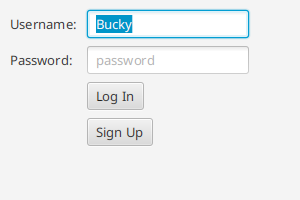
Repository: atafs/BackEnd_JavaSWING
Program's window: java Module_GUI_2JavaFX/src/americo/main/main14/Main16.java
An editor plug-in stored every save of this project. The program's window is shown before and after the next save, followed by the edit.
It runs on Java 21 on a 1366 x 768 screen with JavaFX 11; the title bar is not drawn.

Above is the program's window before, as saved 2015-06-27 02:25:35.
Not found: Module_GUI_2JavaFX/src/americo/main/main14/myStyle.css

### Module_GUI_2JavaFX/src/americo/main/main14/Main16.java
package americo.main.main16;

import javafx.application.Application;
import javafx.geometry.Insets;
import javafx.scene.Scene;
import javafx.scene.control.Button;
import javafx.scene.control.Label;
import javafx.scene.control.TextField;
import javafx.scene.layout.GridPane;
import javafx.stage.Stage;

public class Main16 extends Application {

    Stage window;

    public static void main(String[] args) {
        launch(args);
    }

    @Override
    public void start(Stage primaryStage) throws Exception {
        window = primaryStage;
        window.setTitle("thenewboston - JavaFX");

        //GridPane with 10px padding around edge
        GridPane grid = new GridPane();
        grid.setPadding(new Insets(10, 10, 10, 10));
        grid.setVgap(8);
        grid.setHgap(10);

        //Name Label - constrains use (child, column, row)
        Label nameLabel = new Label("Username:");
        nameLabel.setId("bold-label");
        GridPane.setConstraints(nameLabel, 0, 0);

        //Name Input
        TextField nameInput = new TextField("Bucky");
        GridPane.setConstraints(nameInput, 1, 0);

        //Password Label
        Label passLabel = new Label("Password:");
        GridPane.setConstraints(passLabel, 0, 1);

        //Password Input
        TextField passInput = new TextField();
        passInput.setPromptText("password");
        GridPane.setConstraints(passInput, 1, 1);

        //Login
        Button loginButton = new Button("Log In");
        GridPane.setConstraints(loginButton, 1, 2);

        //Sign up
        Button signUpButton = new Button("Sign Up");
        signUpButton.getStyleClass().add("button-blue");
        GridPane.setConstraints(signUpButton, 1, 3);

        //Add everything to grid
        grid.getChildren().addAll(nameLabel, nameInput, passLabel, passInput, loginButton, signUpButton);

        Scene scene = new Scene(grid, 300, 200);
        scene.getStylesheets().add("myStyle.css");
        window.setScene(scene);
        window.show();
    }


}

### Module_GUI_2JavaFX/src/americo/main/main16/myStyle.css
.root{
    -fx-background-color: #383838;
}
.label{
    -fx-text-fill: #e8e8e8;
}
.button{
    -fx-background-color: #AB4642;
    -fx-text-fill: #FFFFFF;
    -fx-background-radius: 4;
}
.button-blue{
    -fx-background-color: #7cafc2;
    -fx-text-fill: #FFFFFF;
    -fx-background-radius: 4;
}
#bold-label{
    -fx-font-weight: bold;
}

After the next save:
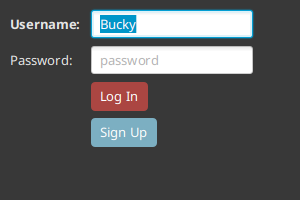
Saved 47 s later.
--- a/Module_GUI_2JavaFX/src/americo/main/main14/Main16.java
+++ b/Module_GUI_2JavaFX/src/americo/main/main14/Main16.java
@@ -59,7 +59,7 @@
         grid.getChildren().addAll(nameLabel, nameInput, passLabel, passInput, loginButton, signUpButton);
 
         Scene scene = new Scene(grid, 300, 200);
-        scene.getStylesheets().add("myStyle.css");
+        scene.getStylesheets().add("americo/main/main16/myStyle.css");
         window.setScene(scene);
         window.show();
     }
